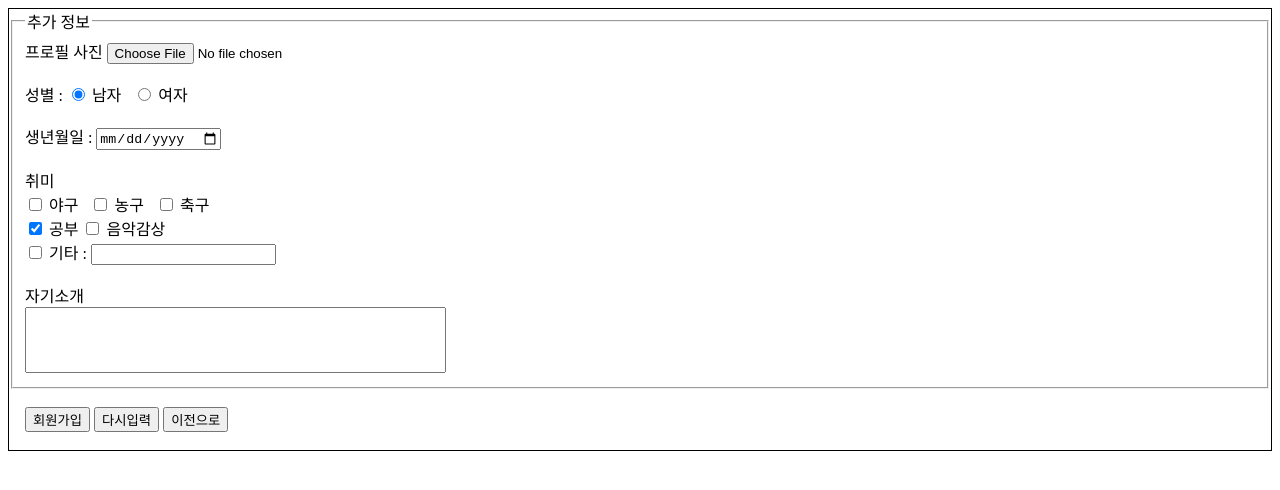
Repository: chuhj1226/servlet
Page: workspace/study/WebContent/views/servlet.html
The author's editor kept a copy of each file at every save. The page is drawn from the files as they stood at one save, then again after the next save.
The browser window is 1280 px wide. The pictures show the whole page.

Above is the page before, as saved 2021-10-04 15:17:56.

### workspace/study/WebContent/views/servlet.html
<!DOCTYPE html>
<html>
<head>
<meta charset="UTF-8">
<title>스터디</title>
</head>
<body>
<form style="border: 1px solid black" method="POST">
        <fieldset>
            <legend>추가 정보</legend>

            <label for="profile">프로필 사진</label>
            <input type="file" name="profile" id="profile">

            <br><br>

            <label>성별 : </label>
            <input type="radio" id="male" name="gender" value="M" checked>
            <label for="male">남자</label> &nbsp;

            <input type="radio" id="female" name="gender" value="F">
            <label for="female">여자</label>

            <br><br>

            <label for="birth">생년월일 : </label>
            <input type="date" name="birth" id="birth">

            <br><br>

            <label>취미</label><br>
            <input type="checkbox" id="baseball" name="hobby" value="baseball">
            <label for="baseball">야구</label> &nbsp;

            <input type="checkbox" id="basketball" name="hobby" value="basketball">
            <label for="basketball">농구</label> &nbsp;

            <input type="checkbox" id="football" name="hobby" value="football">
            <label for="football">축구</label>
            <br>

            <input type="checkbox" id="study" name="hobby" value="study" checked>
            <label for="study">공부</label>

            <input type="checkbox" id="music" name="hobby" value="music">
            <label for="music">음악감상</label>
            <br>

            <input type="checkbox" id="etc" name="hobby" value="etc">
            <label for="etc">기타 : </label>
            <input type="text" name="etcText">

            <br><br>

            <label for="introduce">자기소개</label><br>
            <textarea name="introduce" id="introduce" cols="50" rows="4" style="resize: none"></textarea>
        </fieldset>
        <br>
        &nbsp;&nbsp;&nbsp;
        <input type="submit" value="회원가입">
        <input type="reset" value="다시입력">
        <button>이전으로</button>
        <br><br>
    </form>


</body>
</html>

After the next save:
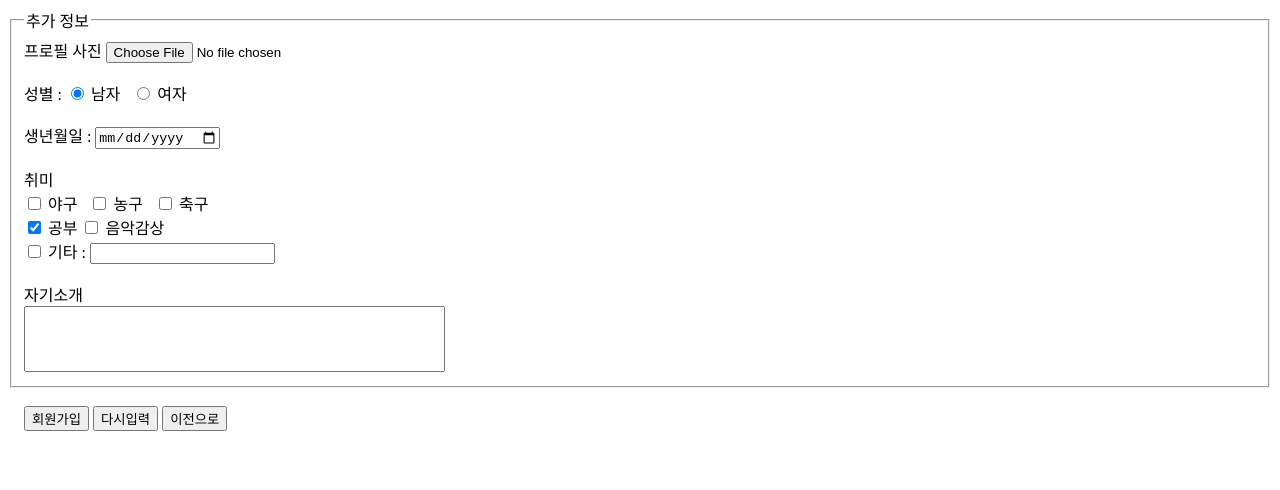
Saved 49 s later.
--- a/workspace/study/WebContent/views/servlet.html
+++ b/workspace/study/WebContent/views/servlet.html
@@ -5,7 +5,8 @@
 <title>스터디</title>
 </head>
 <body>
-<form style="border: 1px solid black" method="POST">
+
+<form action:"" method="POST">
         <fieldset>
             <legend>추가 정보</legend>
 
